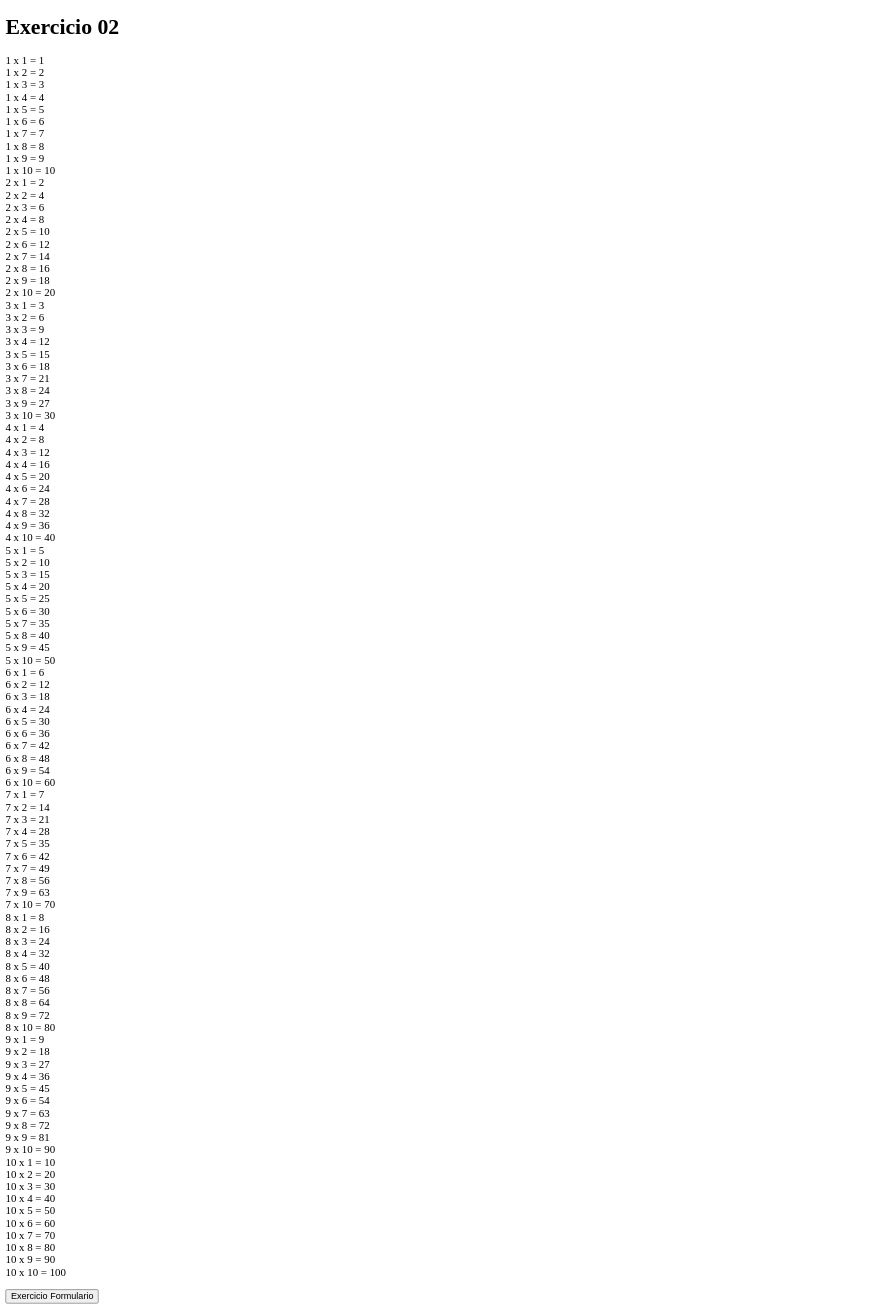
Repository: Fabio2000/Faculdade-Projetos
Page: http://localhost/exercicios/Exe02.jsp
An editor plug-in stored every save of this project. The page is shown before and after the next save, followed by the edit.
The browser window is 1280 px wide. The pictures show the whole page, at 68% of full size.
The page is served by Tomcat 9.

Above is the page before, as saved 2022-09-11 19:44:14.

After the next save:
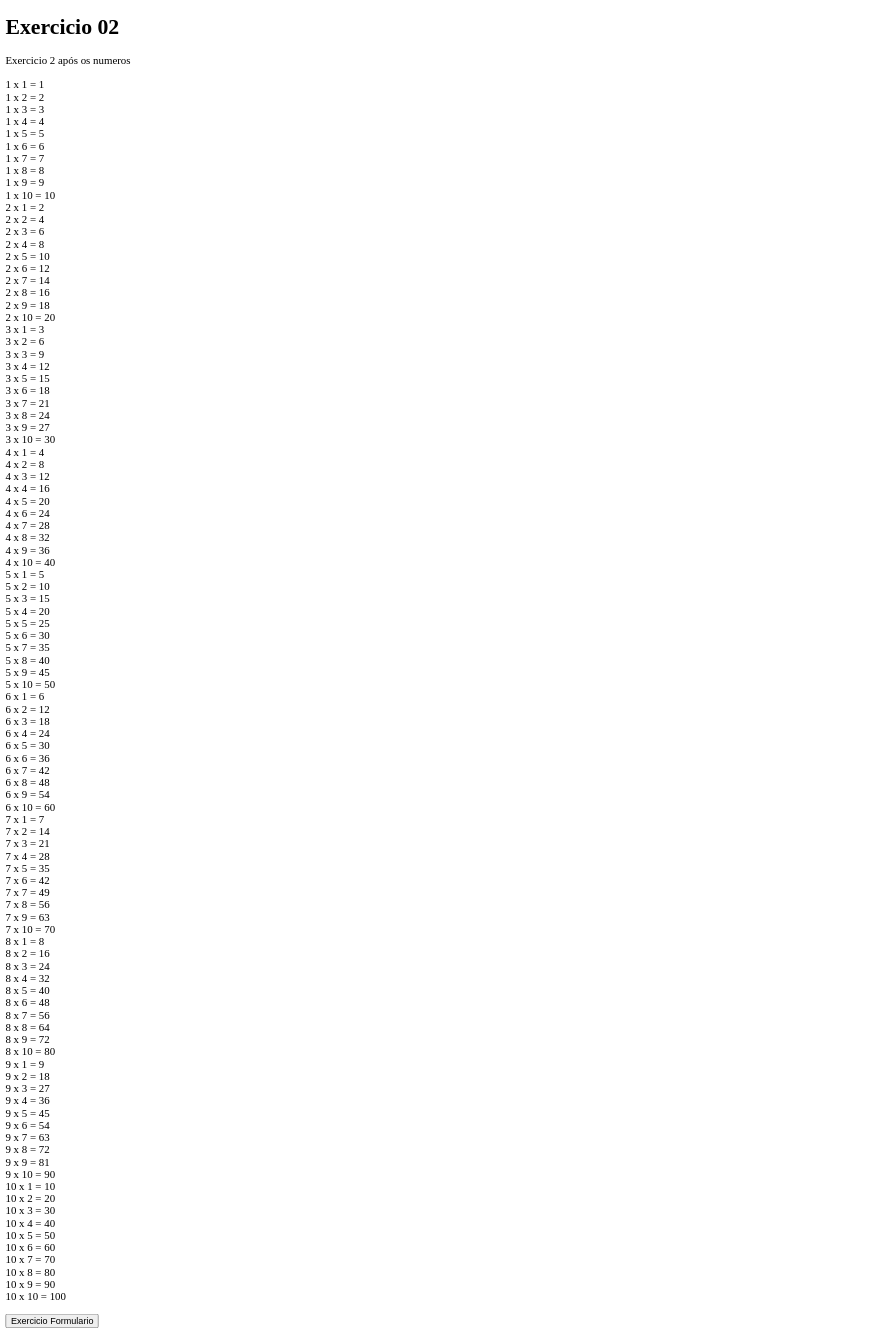
Saved 99 s later.
--- a/exercicios/src/main/webapp/Exe02.jsp
+++ b/exercicios/src/main/webapp/Exe02.jsp
@@ -9,14 +9,17 @@
 </head>
 <body>
 	<h1>Exercicio 02</h1>
-	<p><%
+	<p>
+	Exercicio 2 após os numeros<br/><br/>
+	<%
 		for(int i = 1; i <= 10; i++){
 			for(int x = 1; x <=10; x++){
 				int resultado = i * x;
 				out.println(i + " x "  + x  + " = " + resultado + "<br />" );
 			}
 		}
-	%></p>
+	%>
+	</p>
 	<form action="formulario.jsp">
 <input type="submit" Value="Exercicio Formulario"/>
 </form>
